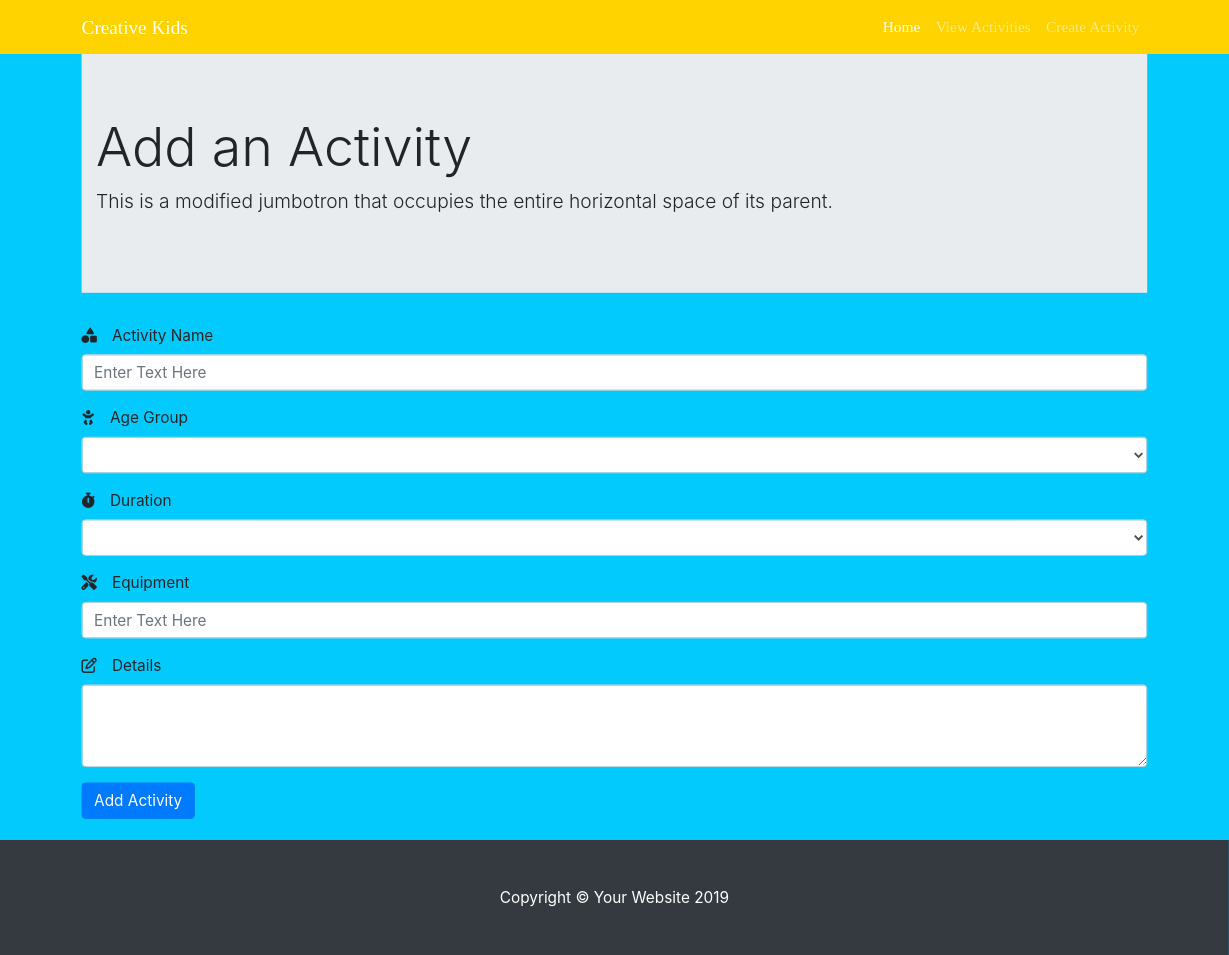
Repository: Neilfoster/milestone_project_3
Page: http://localhost/add_activity
The author's editor kept a record of every edit. The page is drawn from the files as they stood at one moment, then again after the next edit.
The browser window is 1280 px wide. The pictures show the whole page, at 96% of full size.
Some web fonts or font styles are not loaded; a fallback is used. Some web libraries are served in a nearby version. The page is served by the project's application, run on Flask 3 (app.py). Queries for data that is not in the repository find no rows.

Above is the page before.

### templates/add_activity.html
{% extends "base.html" %} {% block content %}
<div class="container">
    <!-- Heading -->
    <div class="jumbotron jumbotron-fluid">
        <div class="container">
            <h1 class="display-4">Add an Activity</h1>
            <p class="lead">This is a modified jumbotron that occupies the entire horizontal space of its parent.</p>
        </div>
    </div>

    <!--forum -->
    <form action="{{url_for('insert_activity')}}" method="POST">
        <div class="form-group">
            <i class="fas fa-shapes fa-1x "></i>
            <label class="forum_text" for="acvtivity_name">Activity Name</label>
            <input type="text" class="form-control" id="acvtivity_name" name="acvtivity_name" placeholder="Enter Text Here" required>
        </div>
        <div class="form-group">
            <i class="fas fa-baby "></i>
            <label class="forum_text" for="age_group">Age Group</label>
            <select class="form-control" id="age_group" name="age_group">
               {% for age in ages %}
               <option value="{{age.age_group.capitalize()}}">{{age.age_group.capitalize()}}</option>
               {% endfor %}
            </select>
        </div>
        <div class="form-group">
            <i class="fas fa-stopwatch "></i>
            <label class="forum_text" for="activity_duration">Duration</label>
            <select class="form-control" id="activity_duration" name="activity_duration">
                {% for duration in durations %}
                 <option value="{{duration.activity_duration.capitalize()}}">{{duration.activity_duration.capitalize()}}</option>
                {% endfor %}
            </select>
        </div>
        <div class="form-group">
            <i class="fas fa-tools "></i>
            <label class="forum_text" for="equipment">Equipment</label>
            <input type="text" class="form-control" id="equipment" name="equipment" placeholder="Enter Text Here" required>
        </div>

        <div class="form-group">
            <i class="far fa-edit "></i>
            <label class="forum_text" for="details">Details</label>
            <textarea class="form-control" id="details" name="details" rows="3" required></textarea>
        </div>

        <button class="btn btn-primary my_button" type="submit" name="action">Add Activity</button>
</div>
</form>
{% endblock %}

### templates/base.html
<!DOCTYPE html>
<html lang="en">

<head>

  <meta charset="utf-8">
  <meta name="viewport" content="width=device-width, initial-scale=1, shrink-to-fit=no">
  <meta name="description" content="">
  <meta name="author" content="">

  <title>Creative Kids</title>

  <!-- Bootstrap core CSS -->
  <link href="static/css/bootstrap.min.css" rel="stylesheet">

  <!-- CDN for Bootstrap core CSS -->
  <!-- <link rel="stylesheet" href="https://stackpath.bootstrapcdn.com/bootstrap/4.3.1/css/bootstrap.min.css" type="text/css" /> -->

  <!-- Custom styles for this template -->
  <link href="static/css/small-business.css" rel="stylesheet">

  <!-- Custom styles-->
  <link href="static/css/style.css" rel="stylesheet">

  <!-- Google Fonts-->
  <link href="https://fonts.googleapis.com/css?family=Butterfly+Kids&display=swap" rel="stylesheet">

</head>

<body>

  <!-- Navigation -->
  <nav class="navbar navbar-expand-lg navbar-dark fixed-top cstmnav">
    <div class="container">
      <a class="navbar-brand nav_txt" href="#">Creative Kids</a>
      <button class="navbar-toggler" type="button" data-toggle="collapse" data-target="#navbarResponsive" aria-controls="navbarResponsive" aria-expanded="false" aria-label="Toggle navigation">
        <span class="navbar-toggler-icon"></span>
      </button>
      <div class="collapse navbar-collapse" id="navbarResponsive">
        <ul class="navbar-nav ml-auto">
          <li class="nav-item active">
            <a class="nav-link" href="#">Home
              <span class="sr-only">(current)</span>
            </a>
          </li>
          <li class="nav-item">
            <a class="nav-link" href="#">View Activities</a>
          </li>
          <li class="nav-item">
            <a class="nav-link" href="#">Create Activity</a>
          </li>

        </ul>
      </div>
    </div>
  </nav>

  {% block content %} {% endblock %}



  <!-- Footer -->
  <footer class="py-5 bg-dark">
    <div class="container">
      <p class="m-0 text-center text-white">Copyright &copy; Your Website 2019</p>
    </div>
    <!-- /.container -->
  </footer>


  <!-- Bootstrap core JavaScript -->
  <script src="static/js/jquery.min.js"></script>
  <script src="static/js/bootstrap.bundle.min.js"></script>

<!-- Font Awesome js-->
  <script src="https://kit.fontawesome.com/8aa891fdce.js" crossorigin="anonymous"></script>
</body>

</html>

### app.py
import os
from flask import Flask, render_template, redirect, request, url_for
from flask_pymongo import PyMongo
from bson.objectid import ObjectId

app = Flask(__name__)

app.config["MONGO_DBNAME"] = 'milestoneproject3me'
app.config["MONGO_URI"] = os.environ.get('mongo_uri')

mongo = PyMongo(app)

@app.route('/')
@app.route('/home')
def get_activities():
    return render_template("home.html",
    activities=mongo.db.Activities.find())

@app.route('/activity_view')
def activity_view():
    return render_template('activity_view.html',
    activities=mongo.db.Activities.find().limit(6),
    ages=mongo.db.ages.age_group.find(),
    duration=mongo.db.duration.find())

@app.route('/add_activity')
def add_activity():
    return render_template('add_activity.html',
    ages=mongo.db.ages.find(),
    durations=mongo.db.duration.find())

@app.route('/insert_activity', methods=['POST'])
def insert_activity():
    activities=mongo.db.Activities
    activities.insert_one(request.form.to_dict())
    return redirect(url_for('activity_view'))


if __name__ == "__main__":
    app.run(host=os.environ.get('IP'),
        port=int(os.environ.get('PORT')),
        debug=True)

### static/css/style.css
body {
    background-color: #03cafc;

}

.forum_text {
    margin-left: 1%;
}

.my_button{
    margin-bottom: 2%;
}

.cstmnav{
    background-color: #ffd300;
    font-family: 'Butterfly Kids', cursive;
}

.cstm_jumb{
    border: 5px solid #ffd300;
    border-radius:1%;
    margin-top: 5%;
}

.cstm_select {
    border: 2px solid #ffd300;
    border-radius:1%;
    margin-top:1%;
    margin-bottom: 1%;

}

.cstm_card {
    border: 2px solid #ffd300;
    border-radius:1%;
    margin:1%;
}

.cstm_jumb_home{
    background-color: #ffd300;
}

Loaded but not shown: static/css/bootstrap.min.css (library); static/css/small-business.css (common file); static/js/jquery.min.js (library); static/js/bootstrap.bundle.min.js (library)

After the next edit:
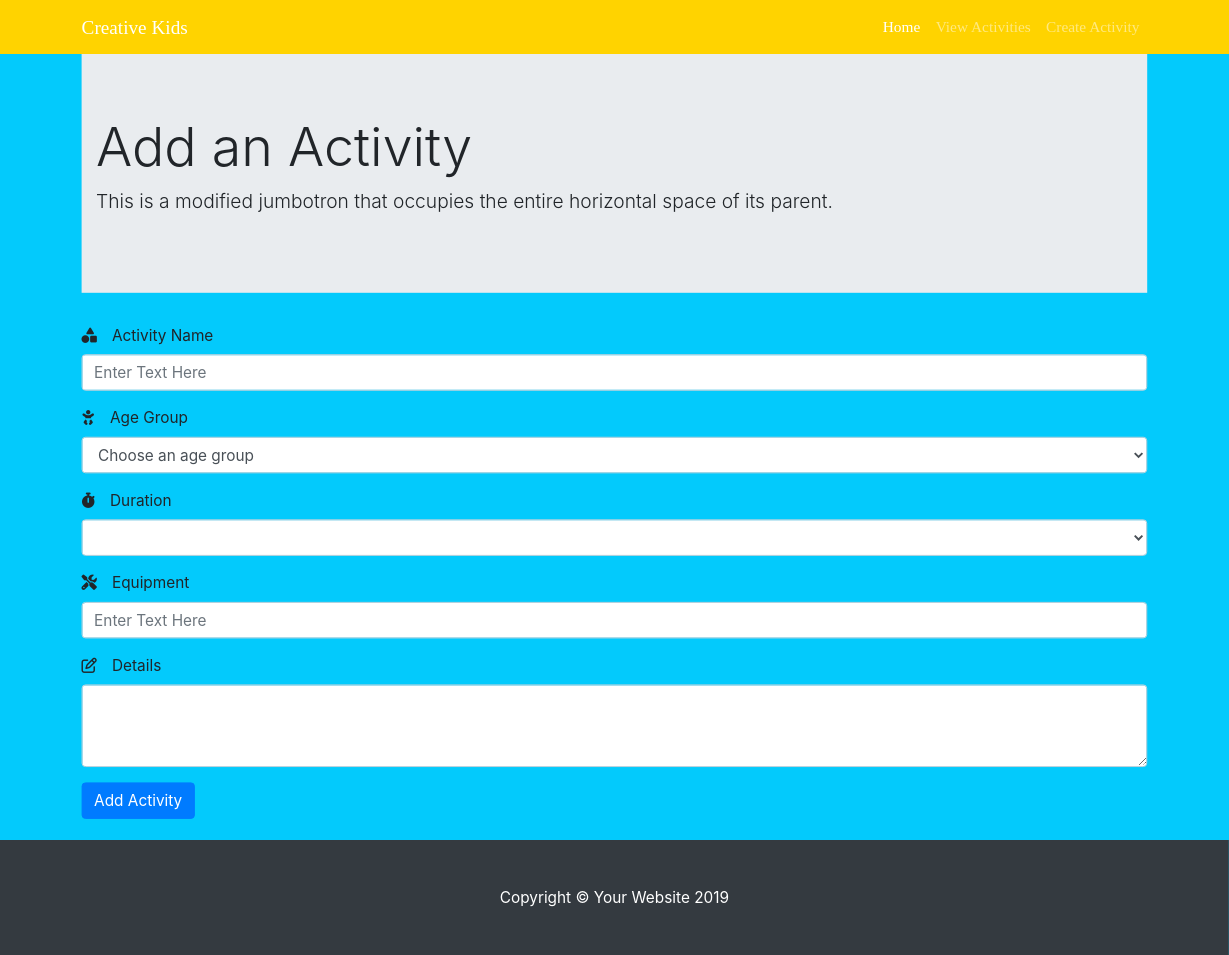
The edit:
--- a/templates/add_activity.html
+++ b/templates/add_activity.html
@@ -19,6 +19,7 @@
             <i class="fas fa-baby "></i>
             <label class="forum_text" for="age_group">Age Group</label>
             <select class="form-control" id="age_group" name="age_group">
+               <option value="" disabled selected>Choose an age group</option>
                {% for age in ages %}
                <option value="{{age.age_group.capitalize()}}">{{age.age_group.capitalize()}}</option>
                {% endfor %}
